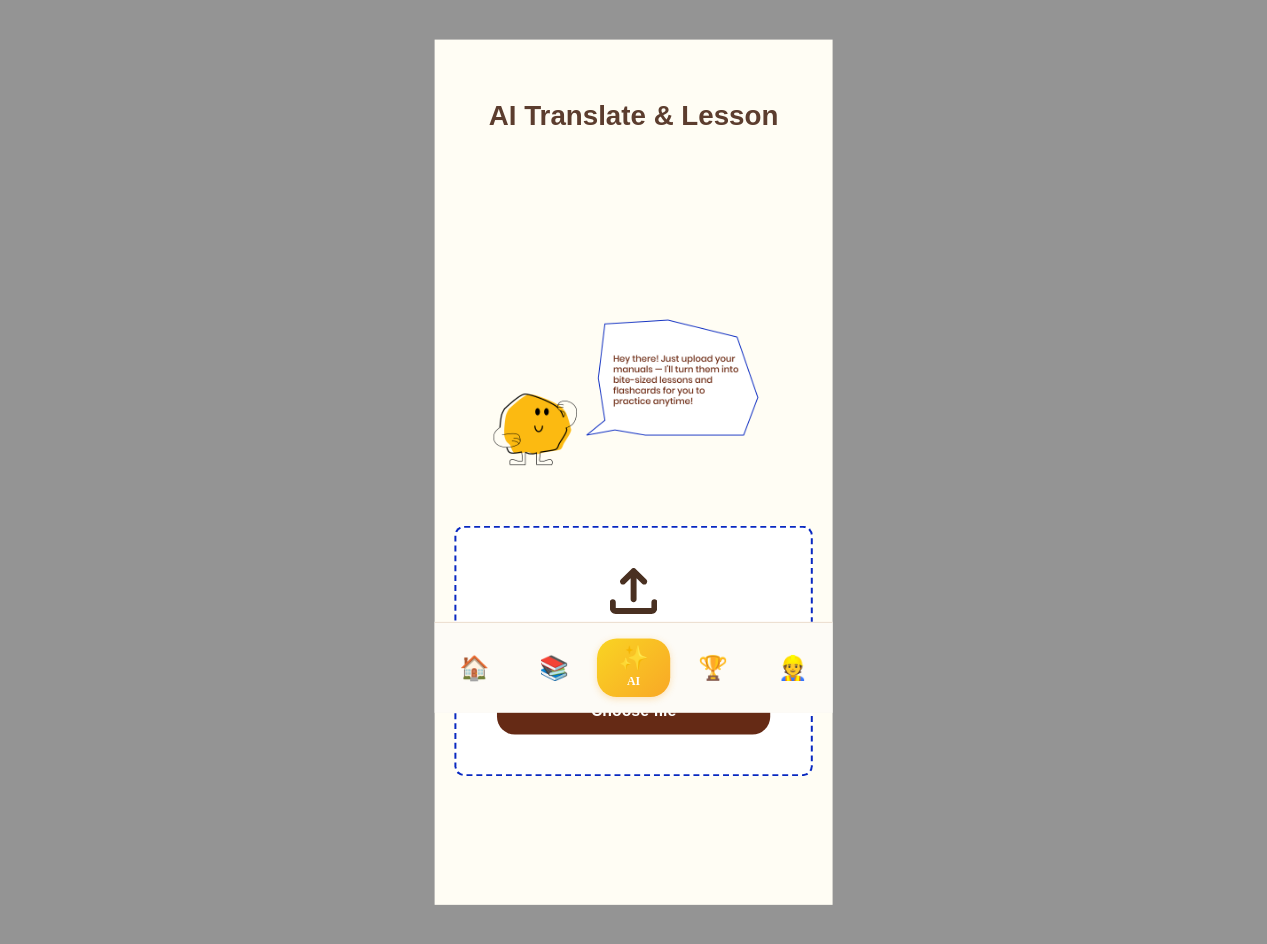
Repository: richelletiongson/Jargon_FrontendShowcase
Page: / (app in jargon_frontend/)
The author's editor kept a copy of each file at every save. The page is drawn from the files as they stood at one save, then again after the next save.
The browser window is 1280 px wide. The pictures show the whole page, at 99% of full size.
The project was rebuilt for these pictures with package versions that can differ from the ones it lists, and the page was loaded fresh each time. Also part of the build but not shown: jargon_frontend/vite.config.js, jargon_frontend/src/index.css, jargon_frontend/src/home_pages/Home.jsx, jargon_frontend/src/course_pages/Course.jsx, jargon_frontend/src/charts_pages/Charts.jsx, jargon_frontend/src/profile_pages/Profile.jsx.

Above is the page before, as saved 2025-10-22 15:33:07.

### jargon_frontend/index.html
<!doctype html>
<html lang="en">
  <head>
    <meta charset="UTF-8" />
    <link rel="icon" type="image/svg+xml" href="/vite.svg" />
    <meta name="viewport" content="width=device-width, initial-scale=1.0" />
    <title>jargon_frontend</title>
  </head>
  <body>
    <div id="root"></div>
    <script type="module" src="/src/main.jsx"></script>
  </body>
</html>

### jargon_frontend/src/App.jsx
import './App.css'
import NavBar from "./components/NavBar";
import { BrowserRouter, Routes, Route } from "react-router-dom";
import Home from "./home_pages/Home";
import Course from "./course_pages/Course";
import AI from "./ai_pages/AI";
import Charts from "./charts_pages/Charts";
import Profile from "./profile_pages/Profile";

function App() {
  return (
    <BrowserRouter>
            <div className='page'>
                <main className='main-content'>
                    <Routes>
                        <Route
                            path='/'
                            element={<AI />}
                        />
                        <Route
                            path='/home'
                            element={<Home />}
                        />
                        <Route
                            path='/course'
                            element={<Course />}
                        />
                        <Route
                            path='/ai'
                            element={<AI />}
                        />
                        <Route
                            path='/charts'
                            element={<Charts />}
                        />
                        <Route
                            path='/profile'
                            element={<Profile />}
                        />

                    </Routes>
                </main>
                <NavBar />
            </div>
        </BrowserRouter>
  )
}

export default App

### jargon_frontend/src/App.css
* {
  padding: 0;
  margin: 0;
}
main {
  background-color: #949494;
  padding: 0 0 80px 0;
}

### jargon_frontend/src/components/NavBar.jsx
import React from 'react';
import { Link, useLocation } from 'react-router-dom';
import './NavBar.css';

const NavBar = () => {
  const location = useLocation();

  return (
    <div className="bottom-nav">
      <Link to="/home" className={`nav-item ${location.pathname === '/home' ? 'active' : ''}`}>
        <div className="nav-icon">🏠</div>
      </Link>
      <Link to="/course" className={`nav-item ${location.pathname === '/course' ? 'active' : ''}`}>
        <div className="nav-icon">📚</div>
      </Link>
      <Link to="/" className={`nav-item ${location.pathname === '/' ? 'active' : ''}`}>
        <div className="nav-icon">✨</div>
        <span className="nav-text">AI</span>
      </Link>
      <Link to="/charts" className={`nav-item ${location.pathname === '/charts' ? 'active' : ''}`}>
        <div className="nav-icon">🏆</div>
      </Link>
      <Link to="/profile" className={`nav-item ${location.pathname === '/profile' ? 'active' : ''}`}>
        <div className="nav-icon">👷</div>
      </Link>
    </div>
  );
};

export default NavBar;

### jargon_frontend/src/ai_pages/AI.jsx
import React, { useState } from 'react';
import './AI.css';
import UploadIcon from '../assets/Upload_Icon.svg';
import RockyImage from '../assets/AI_Rocky.PNG';

const AI = () => {
  const [selectedFile, setSelectedFile] = useState(null);

  const handleFileChange = (event) => {
    const file = event.target.files[0];
    if (file) {
      setSelectedFile(file);
    }
  };

  return (
    <div className="ai-page">
              <h1 className="page-title">AI Translate & Lesson</h1>
      {/* Main Content */}
      <div className="main-content">
        <div className='rocky-container'>
          <img src={RockyImage} alt="Rocky" className="rocky-image" />
        </div>
        <div className="file-upload-container">
          <div className="file-upload-area">
            <img src={UploadIcon} alt="Upload" className="upload-icon" />
            <p className="upload-text">Upload your PDF file (max 50 MB)</p>
            <input
              type="file"
              id="file-input"
              accept=".pdf"
              onChange={handleFileChange}
              style={{ display: 'none' }}
            />
            <label htmlFor="file-input" className="choose-file-btn">
              Choose file
            </label>
            {selectedFile && (
              <p className="selected-file">Selected: {selectedFile.name}</p>
            )}
          </div>
        </div>
      </div>

    </div>
  );
};

export default AI;

### jargon_frontend/src/components/NavBar.css
/* Bottom Navigation Styles */
.bottom-nav {
  display: flex;
  justify-content: space-around;
  align-items: center;
  background-color: #FDFBF6;
  padding: 16px 0;
  width: 402px;
  border-top: 1px solid #E8D5C4;
  position: fixed;
  bottom: 0;
  left: 50%;
  transform: translateX(-50%);
  z-index: 100;
}

.nav-item {
  display: flex;
  flex-direction: column;
  align-items: center;
  gap: 4px;
  padding: 8px 12px;
  border-radius: 20px;
  transition: all 0.3s ease;
  cursor: pointer;
  min-width: 50px;
  text-decoration: none;
  color: inherit;
}

.nav-item:hover {
  background-color: #F5F0E8;
}

.nav-item.active {
  background: linear-gradient(135deg, #F9D423 0%, #F9A826 100%);
  color: white;
  box-shadow: 0 2px 8px rgba(249, 164, 38, 0.3);
}

.nav-icon {
  font-size: 24px;
  line-height: 1;
}

.nav-text {
  font-size: 12px;
  font-weight: 600;
  color: inherit;
}

.nav-item:not(.active) .nav-icon {
  color: #5C3D2E;
}

/* Responsive Design */
@media (max-width: 480px) {
  .nav-icon {
    font-size: 20px;
  }

  .nav-text {
    font-size: 10px;
  }
}

### jargon_frontend/src/home_pages/Home.css
/* Home Page Styles */
.home-page {
  min-height: 100vh;
  background-color: #FDFBF6;
  display: flex;
  flex-direction: column;
  font-family: -apple-system, BlinkMacSystemFont, 'Segoe UI', 'Roboto', sans-serif;
}

.status-bar {
  display: flex;
  justify-content: space-between;
  align-items: center;
  padding: 12px 20px;
  background-color: #FDFBF6;
  color: #5C3D2E;
  font-size: 16px;
  font-weight: 600;
}

.status-icons {
  display: flex;
  gap: 8px;
  font-size: 18px;
}

.main-content {
  flex: 1;
  padding: 40px 20px;
  display: flex;
  flex-direction: column;
  align-items: center;
  justify-content: center;
  text-align: center;
}

.page-title {
  font-size: 28px;
  font-weight: bold;
  color: #5C3D2E;
  margin-bottom: 20px;
}

.coming-soon {
  color: #5C3D2E;
  font-size: 18px;
  opacity: 0.7;
}

### jargon_frontend/src/course_pages/Course.css
/* Course Page Styles */
.course-page {
  min-height: 100vh;
  background-color: #FDFBF6;
  display: flex;
  flex-direction: column;
  font-family: -apple-system, BlinkMacSystemFont, 'Segoe UI', 'Roboto', sans-serif;
}

.status-bar {
  display: flex;
  justify-content: space-between;
  align-items: center;
  padding: 12px 20px;
  background-color: #FDFBF6;
  color: #5C3D2E;
  font-size: 16px;
  font-weight: 600;
}

.status-icons {
  display: flex;
  gap: 8px;
  font-size: 18px;
}

.main-content {
  flex: 1;
  padding: 40px 20px;
  display: flex;
  flex-direction: column;
  align-items: center;
  justify-content: center;
  text-align: center;
}

.page-title {
  font-size: 28px;
  font-weight: bold;
  color: #5C3D2E;
  margin-bottom: 20px;
}

.coming-soon {
  color: #5C3D2E;
  font-size: 18px;
  opacity: 0.7;
}

### jargon_frontend/src/ai_pages/AI.css
/* AI Page Styles */
.ai-page {
  min-height: 874px;
  width: 402px;
  background-color: #FFFDF4;
  display: flex;
  flex-direction: column;
  font-family: poppins, sans-serif;
  margin: 0;
  padding: 0;
}

/* Main Content */
.main-content {
  flex: 1;
  display: flex;
  flex-direction: column;
  align-items: center;
  justify-content: flex-start;
  text-align: center;
}

.page-title {
  font-size: 28px;
  font-weight: bold;
  color: #5C3D2E;
  margin: 0 0 40px 0;
  padding: 60px 20px 0 20px;
  line-height: 1.2;
}

.rocky-container {
  display: flex;
  justify-content: center;
  align-items: center;
  margin-bottom: 20px;
}

.rocky-image {
  max-width: 100%;
  height: auto;
  border-radius: 8px;
}

.file-upload-container {
  width: 100%;
  max-width: 400px;
  margin: 0 auto;
}

.file-upload-area {
  background-color: white;
  border: 2px dashed #0828C0;
  border-radius: 10px;
  padding: 40px 20px;
  display: flex;
  flex-direction: column;
  align-items: center;
  gap: 20px;
}

.upload-icon {
  width: 48px;
  height: 48px;
  color: #6F2E17;
  margin-bottom: 10px;
}

.upload-text {
  color: #5C3D2E;
  font-size: 16px;
  margin: 0;
  line-height: 1.4;
}

.choose-file-btn {
  background-color: #652A15;
  color: white;
  border-radius: 18px;
  border: none;
  font-size: 16px;
  font-weight: 600;
  display: flex;
  justify-content: center;
  align-items: center;
  width: 276px;
  height: 48px;
}

.selected-file {
  color: #5C3D2E;
  font-size: 14px;
  margin: 10px 0 0 0;
  font-style: italic;
}

### jargon_frontend/src/charts_pages/Charts.css
/* Charts Page Styles */
.charts-page {
  min-height: 100vh;
  background-color: #FDFBF6;
  display: flex;
  flex-direction: column;
  font-family: -apple-system, BlinkMacSystemFont, 'Segoe UI', 'Roboto', sans-serif;
}

.status-bar {
  display: flex;
  justify-content: space-between;
  align-items: center;
  padding: 12px 20px;
  background-color: #FDFBF6;
  color: #5C3D2E;
  font-size: 16px;
  font-weight: 600;
}

.status-icons {
  display: flex;
  gap: 8px;
  font-size: 18px;
}

.main-content {
  flex: 1;
  padding: 40px 20px;
  display: flex;
  flex-direction: column;
  align-items: center;
  justify-content: center;
  text-align: center;
}

.page-title {
  font-size: 28px;
  font-weight: bold;
  color: #5C3D2E;
  margin-bottom: 20px;
}

.coming-soon {
  color: #5C3D2E;
  font-size: 18px;
  opacity: 0.7;
}

### jargon_frontend/src/profile_pages/Profile.css
/* Profile Page Styles */
.profile-page {
  min-height: 100vh;
  background-color: #FDFBF6;
  display: flex;
  flex-direction: column;
  font-family: -apple-system, BlinkMacSystemFont, 'Segoe UI', 'Roboto', sans-serif;
}

.status-bar {
  display: flex;
  justify-content: space-between;
  align-items: center;
  padding: 12px 20px;
  background-color: #FDFBF6;
  color: #5C3D2E;
  font-size: 16px;
  font-weight: 600;
}

.status-icons {
  display: flex;
  gap: 8px;
  font-size: 18px;
}

.main-content {
  flex: 1;
  padding: 40px 20px;
  display: flex;
  flex-direction: column;
  align-items: center;
  justify-content: center;
  text-align: center;
}

.page-title {
  font-size: 28px;
  font-weight: bold;
  color: #5C3D2E;
  margin-bottom: 20px;
}

.coming-soon {
  color: #5C3D2E;
  font-size: 18px;
  opacity: 0.7;
}

Loaded but not shown: jargon_frontend/src/main.jsx (common file)

After the next save:
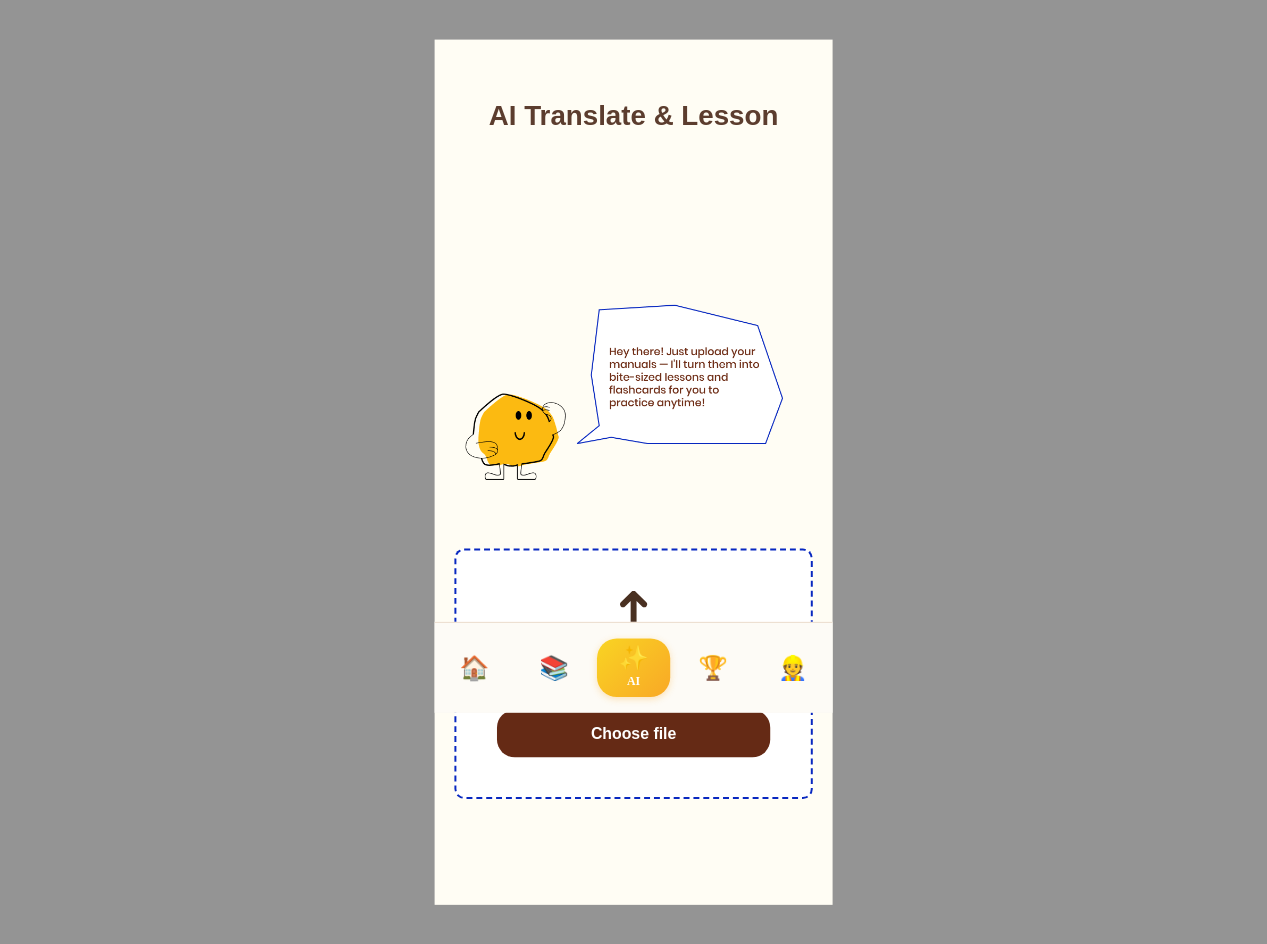
Saved 38 s later.
--- a/jargon_frontend/src/ai_pages/AI.css
+++ b/jargon_frontend/src/ai_pages/AI.css
@@ -37,7 +37,8 @@
 }
 
 .rocky-image {
-  max-width: 100%;
+  width: 120%;
+  max-width: 120%;
   height: auto;
   border-radius: 8px;
 }
